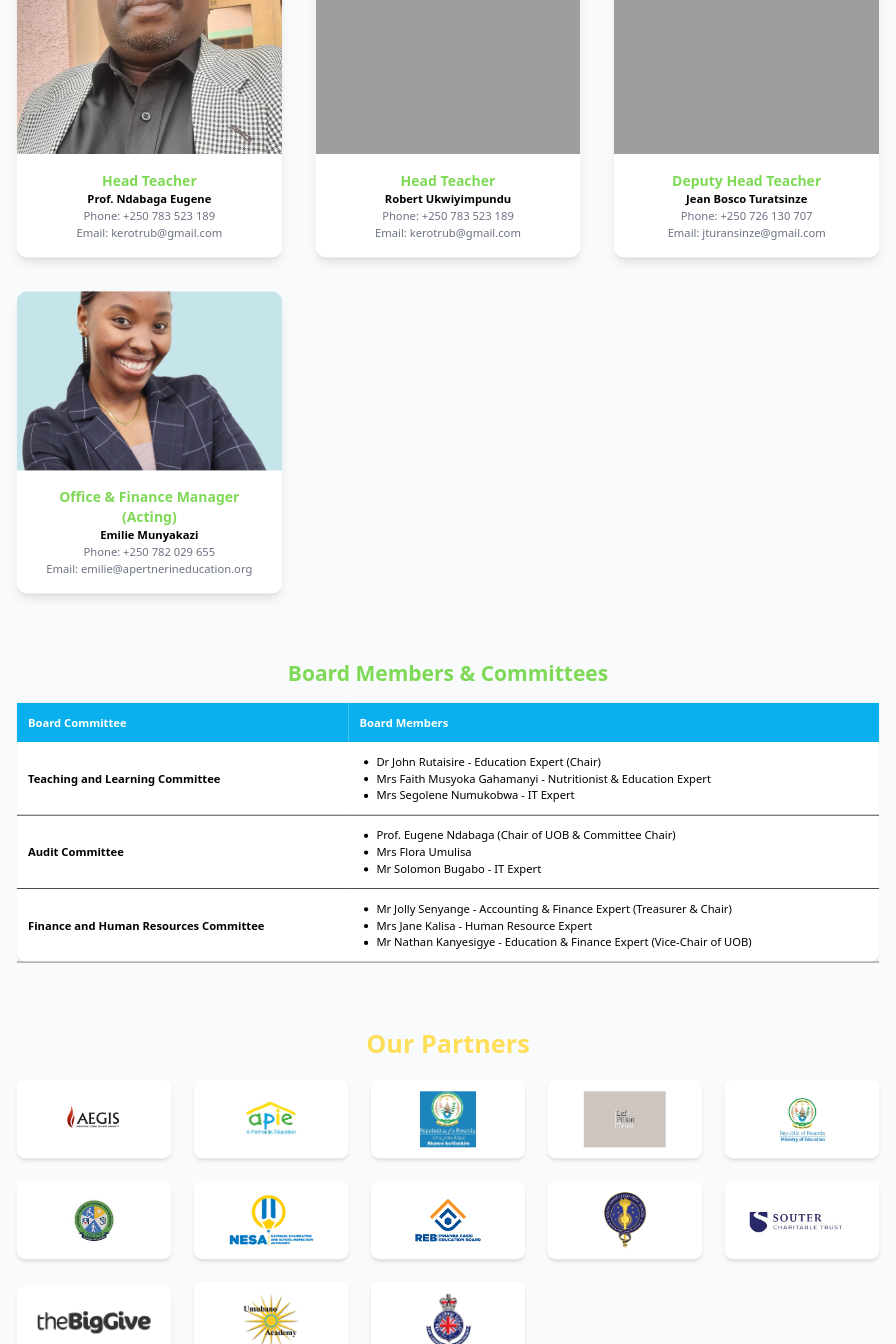
Repository: Umubano-Academy/umubano-academy-website
Page: /aboutus
The author's editor kept a copy of each file at every save. The page is drawn from the files as they stood at one save, then again after a run of saves.
The browser window is 1280 px wide. The pictures show the part of the page from y = 1560 to 3480 px (the page is 4708 px tall before and 4736 px after), at 70% of full size.
Pictures or frames that could not be fetched are drawn as grey boxes. The project was rebuilt for these pictures with package versions that can differ from the ones it lists, and the page was loaded fresh each time. Also part of the build but not shown: vite.config.js, src/components/guest/Hero.jsx, src/components/guest/Event.jsx, src/components/guest/News.jsx, src/components/guest/Contact.jsx, src/components/guest/Home.jsx, src/components/guest/Admission.jsx, src/components/guest/Academic.jsx and 7 more. Imported but missing from the stored project, and not drawn on this page: src/assets/addons/Primary-Enrolment-Handout-2025.pdf, src/assets/addons/Secondary-Enrolment-Handout-2025-2026.pdf.

Above is the page before, as saved 2026-01-19 12:38:07.

### index.html
<!doctype html>
<html lang="en">
  <head>
    <meta charset="UTF-8" />
    <!-- <link rel="icon" type="image/svg+xml" href="/vite.svg" /> -->
    <meta name="viewport" content="width=device-width, initial-scale=1.0" />
    <title>umubano-academy</title>
  </head>
  <body>
    <div id="root"></div>
    <script type="module" src="/src/main.jsx"></script>
  </body>
</html>

### src/App.jsx
import React from 'react'
import { BrowserRouter, Route, Routes } from 'react-router-dom'
import NavBar from './components/guest/NavBar'
import Hero from './components/guest/Hero'
import Event from './components/guest/Event'
import News from './components/guest/News'
import Layout from './components/guest/Layout'
import Home from './components/guest/Home'
import Admission from './components/guest/Admission'
import Academic from './components/guest/Academic'
import About from './components/guest/About'
import LayOut from './components/admin/LayOut'
import Dashboard from './components/admin/pages/Dashboard'
import Login from './components/guest/forms/Login'
import ResetPassword from './components/guest/forms/ResetPassword'


function App() {
  return (
    <BrowserRouter>

    <Routes>
      <Route path='/' element={<Layout />}>
      <Route index element={<Home />} />
      <Route path='/admissions' element={<Admission />} />
      <Route path='/academic' element={<Academic />} />
      <Route path='/aboutus' element={<About />} />
      <Route path='/login' element={<Login />} />
      <Route path="/password-reset" element={<ResetPassword />} />
      </Route>

      <Route path='/admin' element={<LayOut />}>
      <Route index element={<Dashboard />} />
      </Route>
    </Routes>
    </BrowserRouter>

  )
}

export default App

### src/components/guest/Layout.jsx
import React from 'react'
import NavBar from './NavBar'
import { Outlet } from 'react-router-dom'
import Footer from './Footer'


function Layout() {
  return (
    <div>
      <NavBar />

      <div>
        <Outlet />
      </div>
      <div>
        <Footer />
      </div>
    </div>
  )
}

export default Layout

### src/components/guest/About.jsx
import React from "react";
import { motion } from "framer-motion";
import { Users, BookOpen } from "lucide-react";

// Leadership photos (you can replace with real ones later)
import headImg from "../../assets/head.jpg";
import chair from "../../assets/Chair-of-the-UOB.jpg";
import deputy from "../../assets/Deputy Head-Teacher.jpg";
import finance from "../../assets/Office-Finance-Officer (Acting).jpeg";

// Partners logos
import p1 from "../../assets/partners/AEGIS-TRUST.jpg";
import p2 from "../../assets/partners/APIE.jpg";
import p3 from "../../assets/partners/Kicukiro-District.jpg";
import p4 from "../../assets/partners/Lef-Pillon-Trust.jpg";
import p5 from "../../assets/partners/MINEDUC.jpg";
import p6 from "../../assets/partners/NCPD.jpg";
import p7 from "../../assets/partners/NESA.png";
import p8 from "../../assets/partners/REB.png";
import p9 from "../../assets/partners/SHHS.png";
import p10 from "../../assets/partners/Souter-Foundation.jpg";
import p11 from "../../assets/partners/The-Big-Give.png";
import p12 from "../../assets/partners/UA-LOGO.png";
import p13 from "../../assets/partners/Victoria-League.jpg";

function About() {
  const partners = [p1, p2, p3, p4, p5, p6, p7, p8, p9, p10, p11, p12, p13];

  const leadership = [
    {
      title: "Head Teacher",
      name: "Prof. Ndabaga Eugene",
      phone: "+250 783 523 189",
      email: "kerotrub@gmail.com",
      img: chair,
    },
    {
      title: "Head Teacher",
      name: "Robert Ukwiyimpundu",
      phone: "+250 783 523 189",
      email: "kerotrub@gmail.com",
      img: headImg,
    },
    {
      title: "Deputy Head Teacher",
      name: "Jean Bosco Turatsinze",
      phone: "+250 726 130 707",
      email: "jturansinze@gmail.com",
      img: deputy,
    },
    {
      title: "Office & Finance Manager (Acting)",
      name: "Emilie Munyakazi",
      phone: "+250 782 029 655",
      email: "emilie@apertnerineducation.org",
      img: finance,
    },
  ];

  const boardCommittees = [
    {
      committee: "Teaching and Learning Committee",
      members: [
        "Dr John Rutaisire - Education Expert (Chair)",
        "Mrs Faith Musyoka Gahamanyi - Nutritionist & Education Expert",
        "Mrs Segolene Numukobwa - IT Expert",
      ],
    },
    {
      committee: "Audit Committee",
      members: [
        "Prof. Eugene Ndabaga (Chair of UOB & Committee Chair)",
        "Mrs Flora Umulisa",
        "Mr Solomon Bugabo - IT Expert",
      ],
    },
    {
      committee: "Finance and Human Resources Committee",
      members: [
        "Mr Jolly Senyange - Accounting & Finance Expert (Treasurer & Chair)",
        "Mrs Jane Kalisa - Human Resource Expert",
        "Mr Nathan Kanyesigye - Education & Finance Expert (Vice-Chair of UOB)",
      ],
    },
  ];

  return (
    <section className="py-24 bg-gray-50">
      <div className="max-w-7xl mx-auto px-6">
        {/* Our Story */}
        <motion.div
          initial={{ opacity: 0, y: 30 }}
          whileInView={{ opacity: 1, y: 0 }}
          viewport={{ once: true }}
          transition={{ duration: 0.6 }}
          className="text-center max-w-3xl mx-auto mb-20"
        >
          <h2 className="text-4xl font-bold text-[#FFDE59] mb-4">Our Story</h2>
          <p className="text-gray-600 text-lg">
            Umubano Academy (UA) is a private school located in Kigali City,
            Kicukiro District, Kanombe Sector, Kabeza Cell, in Nyarurembo
            Village. It opened its doors in 2013 with nursery and primary, and
            in 2018 added lower secondary. UA follows the Rwandan
            Competence-Based Curriculum while applying international best
            practices.
          </p>
        </motion.div>

        {/* Vision & Mission */}
        <motion.div
          className="grid grid-cols-1 md:grid-cols-2 gap-12 mb-24"
          initial="hidden"
          whileInView="visible"
          viewport={{ once: true }}
          variants={{ visible: { transition: { staggerChildren: 0.2 } } }}
        >
          {/* Vision */}
          <motion.div
            variants={{
              hidden: { opacity: 0, y: 40 },
              visible: { opacity: 1, y: 0 },
            }}
            className="bg-white rounded-3xl shadow-lg p-10 text-center"
          >
            <div className="w-16 h-16 bg-[#FFDE59] text-green-700 flex items-center justify-center rounded-xl mb-4 mx-auto">
              <BookOpen />
            </div>
            <h4 className="text-2xl font-bold text-[#7ED956] mb-3">
              Our Vision
            </h4>
            <p className="text-gray-600">
              To empower all students to become peace-loving, creative and
              resilient leaders who strive for excellence.
            </p>
          </motion.div>

          {/* Mission */}
          <motion.div
            variants={{
              hidden: { opacity: 0, y: 40 },
              visible: { opacity: 1, y: 0 },
            }}
            className="bg-white rounded-3xl shadow-lg p-10 text-center"
          >
            <div className="w-16 h-16 bg-[#FFDE59] text-green-700 flex items-center justify-center rounded-xl mb-4 mx-auto">
              <Users />
            </div>
            <h4 className="text-2xl font-bold text-[#7ED956] mb-3">
              Our Mission
            </h4>
            <ul className="text-gray-600 text-left list-disc pl-6 space-y-2">
              <li>
                Nurture a welcoming, safe and loving learner-centred environment
              </li>
              <li>Promote high expectations of learners’ academic progress</li>
              <li>
                Support learners through positive behaviour management and SEL
                skills
              </li>
              <li>Foster inclusive practices for all learners</li>
              <li>
                Provide vibrant co-curricular activities promoting creativity
                and teamwork
              </li>
            </ul>
          </motion.div>
        </motion.div>

        {/* Values */}
        <motion.div
          initial={{ opacity: 0, y: 30 }}
          whileInView={{ opacity: 1, y: 0 }}
          viewport={{ once: true }}
          transition={{ duration: 0.6 }}
          className="bg-white rounded-3xl shadow-lg p-12 mb-24"
        >
          <h3 className="text-3xl font-bold text-[#7ED956] mb-4 text-center">
            Our Values
          </h3>
          <p className="text-gray-700 mb-6 text-center">
            Peace is at the heart of Umubano Academy. We promote equality,
            togetherness and respect.
          </p>
          <ul className="text-gray-600 space-y-3 list-disc pl-6 max-w-3xl mx-auto">
            <li>
              <b>Problem Solving:</b> Growth mindset, creativity and resilience
            </li>
            <li>
              <b>Excellence:</b> Maximising every student’s potential
            </li>
            <li>
              <b>Achievement:</b> Rewarding progress and success
            </li>
            <li>
              <b>Collaboration:</b> Teamwork and active learning
            </li>
            <li>
              <b>Empathy:</b> Respect, compassion and restorative conflict
              solving
            </li>
          </ul>
        </motion.div>

        {/* School Leadership */}
        <motion.div
          initial={{ opacity: 0, y: 30 }}
          whileInView={{ opacity: 1, y: 0 }}
          viewport={{ once: true }}
          transition={{ duration: 0.6 }}
          className="mb-24"
        >
          <h3 className="text-4xl font-bold text-[#FFDE59] mb-8 text-center">
            School Leadership
          </h3>

          <div className="grid grid-cols-1 sm:grid-cols-2 lg:grid-cols-3 gap-12">
            {leadership.map((leader, i) => (
              <div
                key={i}
                className="bg-white rounded-2xl shadow-lg overflow-hidden"
              >
                <img
                  src={leader.img}
                  alt={leader.name}
                  className="w-full h-64 object-cover"
                />
                <div className="p-6 text-center">
                  <h4 className="text-xl font-bold text-[#7ED956]">
                    {leader.title}
                  </h4>
                  <p className="font-semibold">{leader.name}</p>
                  <p className="text-gray-500">Phone: {leader.phone}</p>
                  <p className="text-gray-500">Email: {leader.email}</p>
                </div>
              </div>
            ))}
          </div>
        </motion.div>

        {/* Board Members & Committees */}
        <motion.div
          initial={{ opacity: 0, y: 30 }}
          whileInView={{ opacity: 1, y: 0 }}
          viewport={{ once: true }}
          transition={{ duration: 0.6 }}
          className="mb-24"
        >
          <h3 className="text-3xl font-bold text-[#7ED956] mb-6 text-center">
            Board Members & Committees
          </h3>
          <div className="overflow-x-auto">
            <table className="w-full bg-white rounded-2xl shadow-lg">
              <thead className="bg-[#0AB0EE] text-white">
                <tr>
                  <th className="p-4 text-left">Board Committee</th>
                  <th className="p-4 text-left">Board Members</th>
                </tr>
              </thead>
              <tbody>
                {boardCommittees.map((row, i) => (
                  <tr key={i} className="border-b">
                    <td className="p-4 font-semibold">{row.committee}</td>
                    <td className="p-4">
                      <ul className="list-disc pl-6">
                        {row.members.map((m, idx) => (
                          <li key={idx}>{m}</li>
                        ))}
                      </ul>
                    </td>
                  </tr>
                ))}
              </tbody>
            </table>
          </div>
        </motion.div>

        {/* partners */}

        {/* Our Partners */}
        <motion.div
          initial={{ opacity: 0, y: 30 }}
          whileInView={{ opacity: 1, y: 0 }}
          viewport={{ once: true }}
          transition={{ duration: 0.6 }}
          className="mb-24"
        >
          <h3 className="text-4xl font-bold text-[#FFDE59] mb-8 text-center">
            Our Partners
          </h3>

          <div className="grid grid-cols-2 sm:grid-cols-3 md:grid-cols-4 lg:grid-cols-5 gap-8 items-center">
            {partners.map((logo, i) => (
              <div
                key={i}
                className="bg-white rounded-xl shadow-md p-4 flex items-center justify-center hover:shadow-xl transition"
              >
                <img
                  src={logo}
                  alt={`Partner ${i + 1}`}
                  className="max-h-20 object-contain"
                />
              </div>
            ))}
          </div>
        </motion.div>

        {/* School Governance */}
        <motion.div
          initial={{ opacity: 0, y: 30 }}
          whileInView={{ opacity: 1, y: 0 }}
          viewport={{ once: true }}
          transition={{ duration: 0.6 }}
          className="bg-white rounded-3xl shadow-lg p-12"
        >
          <h3 className="text-3xl font-bold text-[#7ED956] mb-4 text-center">
            School Governance
          </h3>
          <p className="text-gray-600 mb-4">
            Umubano Organisation is a National NGO governed by Law n°058/2024 of
            20/06/2024. Its mission is to provide top quality and holistic
            nursery, primary and secondary education.
          </p>
          <ul className="list-decimal pl-6 text-gray-600 space-y-2 mb-6">
            <li>
              Promote education through nursery, primary and secondary schools
            </li>
            <li>Support orphans and vulnerable children</li>
            <li>Promote teacher training and education development</li>
          </ul>
          <p className="text-gray-600 mb-4">
            Umubano Organisation owns Umubano Academy and governs it through its
            Board of nine members.
          </p>
          <div className="bg-gray-100 p-6 rounded-xl">
            <p className="font-semibold">Chairperson of Umubano Organisation</p>
            <p>Prof. Ndabaga Eugene</p>
            <p>Phone: +250 780 893 652</p>
            <p>Email: ndabagav@yahoo.ie</p>
          </div>
        </motion.div>
      </div>
    </section>
  );
}

export default About;

Loaded but not shown: src/main.jsx (common file); src/index.css (common file); src/components/guest/NavBar.jsx (158 lines, source omitted); src/components/guest/Footer.jsx (127 lines, source omitted)

After the next 3 saves:
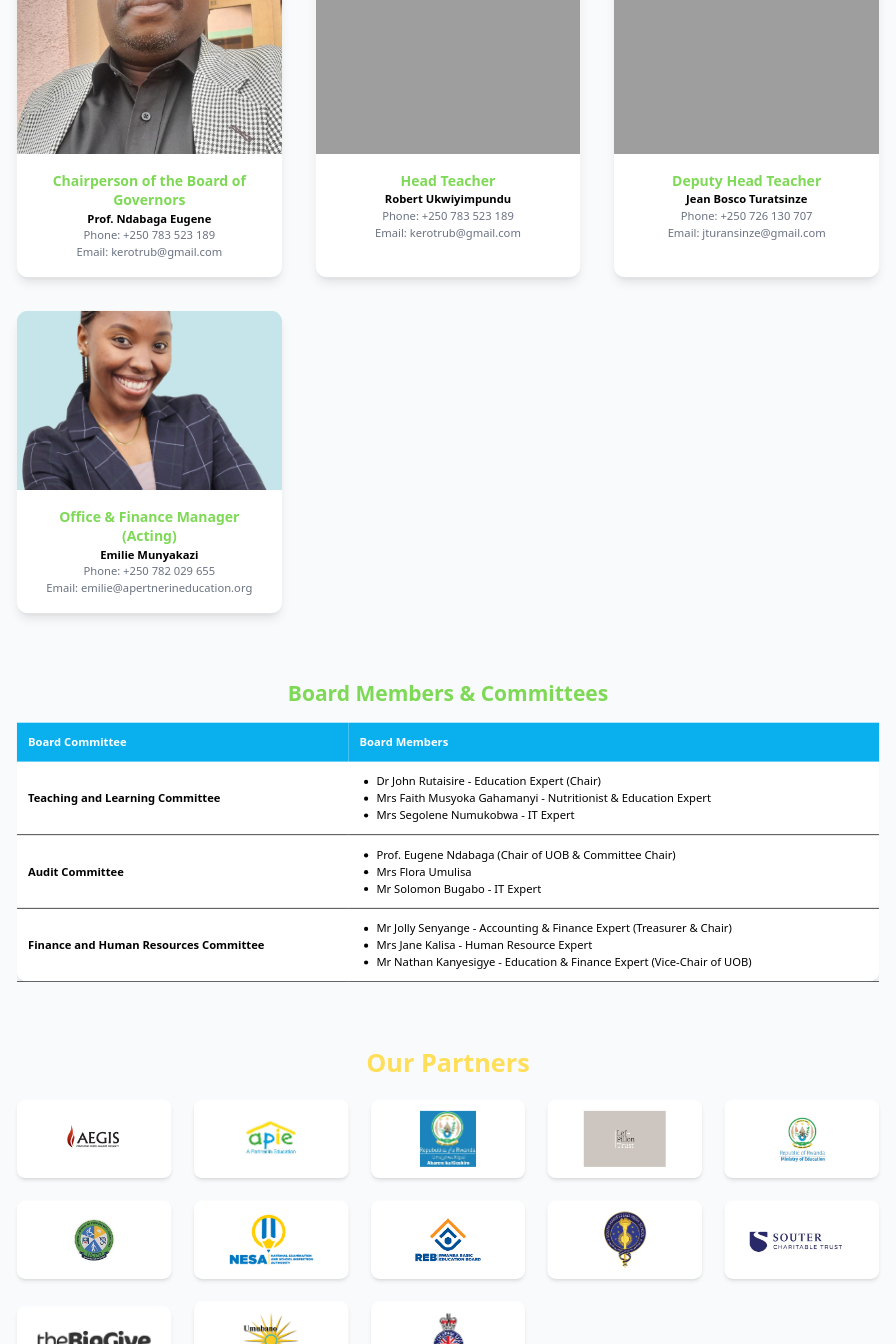
The 3 saves are shown as one change because they came seconds apart.
The last was saved 12 s later.
--- a/src/components/guest/About.jsx
+++ b/src/components/guest/About.jsx
@@ -28,7 +28,7 @@
 
   const leadership = [
     {
-      title: "Head Teacher",
+      title: "Chairperson of the Board of Governors",
       name: "Prof. Ndabaga Eugene",
       phone: "+250 783 523 189",
       email: "kerotrub@gmail.com",

After the 2 saves that followed:
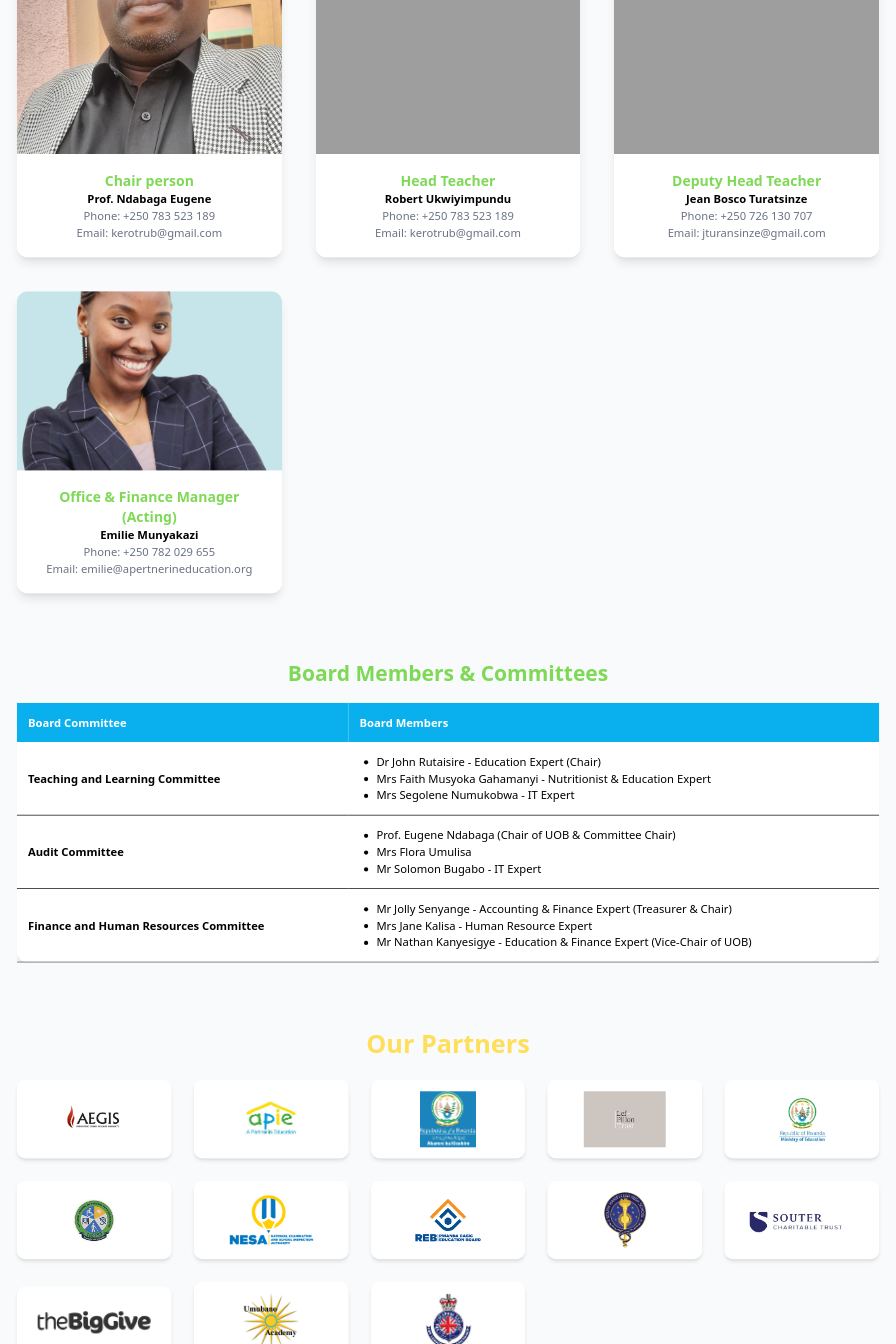
The 2 saves are shown as one change because they came seconds apart.
The last was saved 8 s later.
--- a/src/components/guest/About.jsx
+++ b/src/components/guest/About.jsx
@@ -28,7 +28,7 @@
 
   const leadership = [
     {
-      title: "Chairperson of the Board of Governors",
+      title: "Chair person ",
       name: "Prof. Ndabaga Eugene",
       phone: "+250 783 523 189",
       email: "kerotrub@gmail.com",
